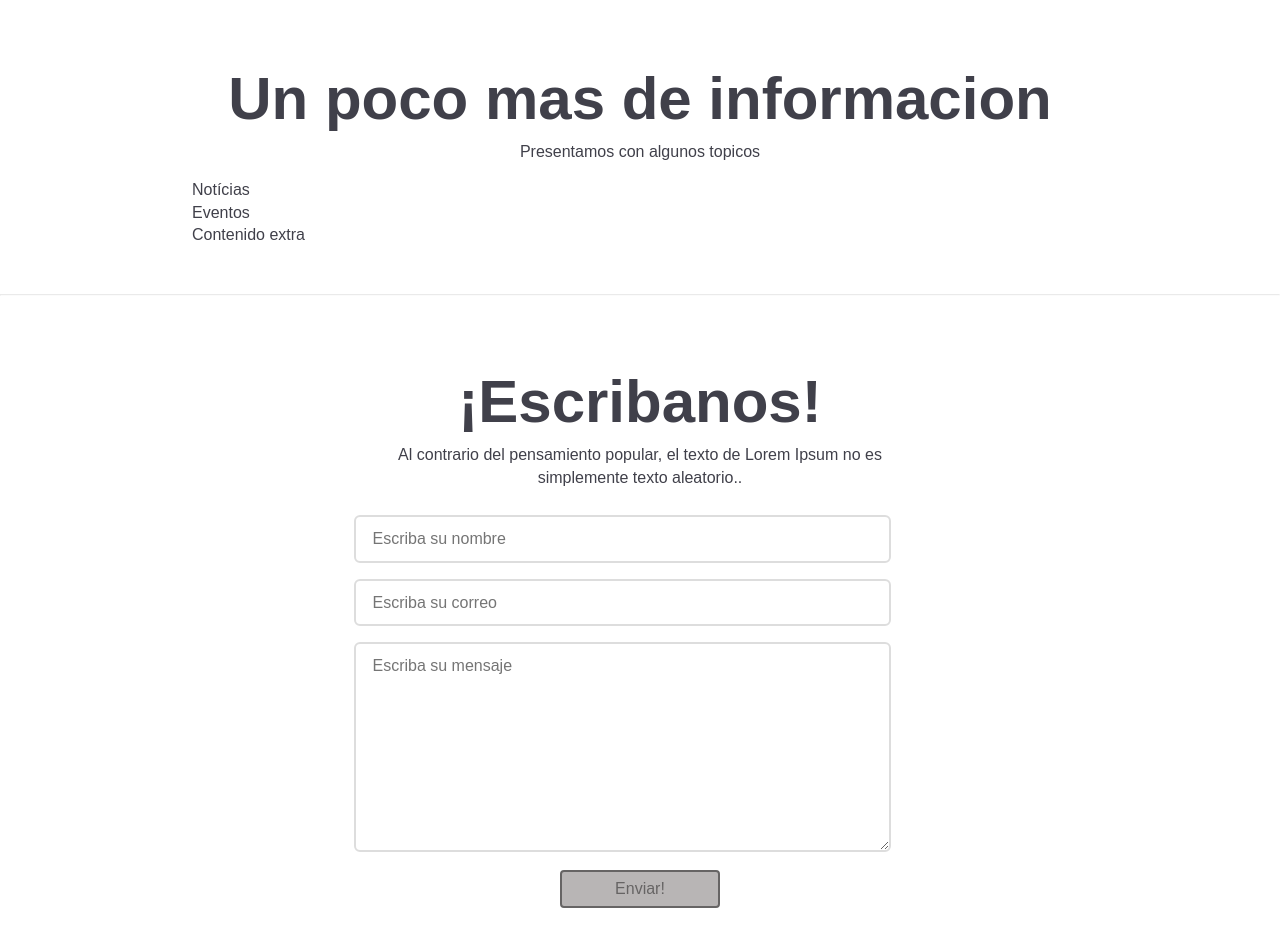
Repository: robsonmarkes/accesibilidad
Page: index.html
These files come from the project's save history. The page is drawn as it stood at one moment and after the next save; the edit follows.
The browser window is 1280 px wide. The pictures show the part of the page from y = 2033 to 2985 px (the page is 3076 px tall before and 3303 px after).
A picture or video elsewhere on the page could not be fetched, so the positions and the page height are approximate.

Above is the page before, as saved 2022-10-13 10:49:26.

After the next save:
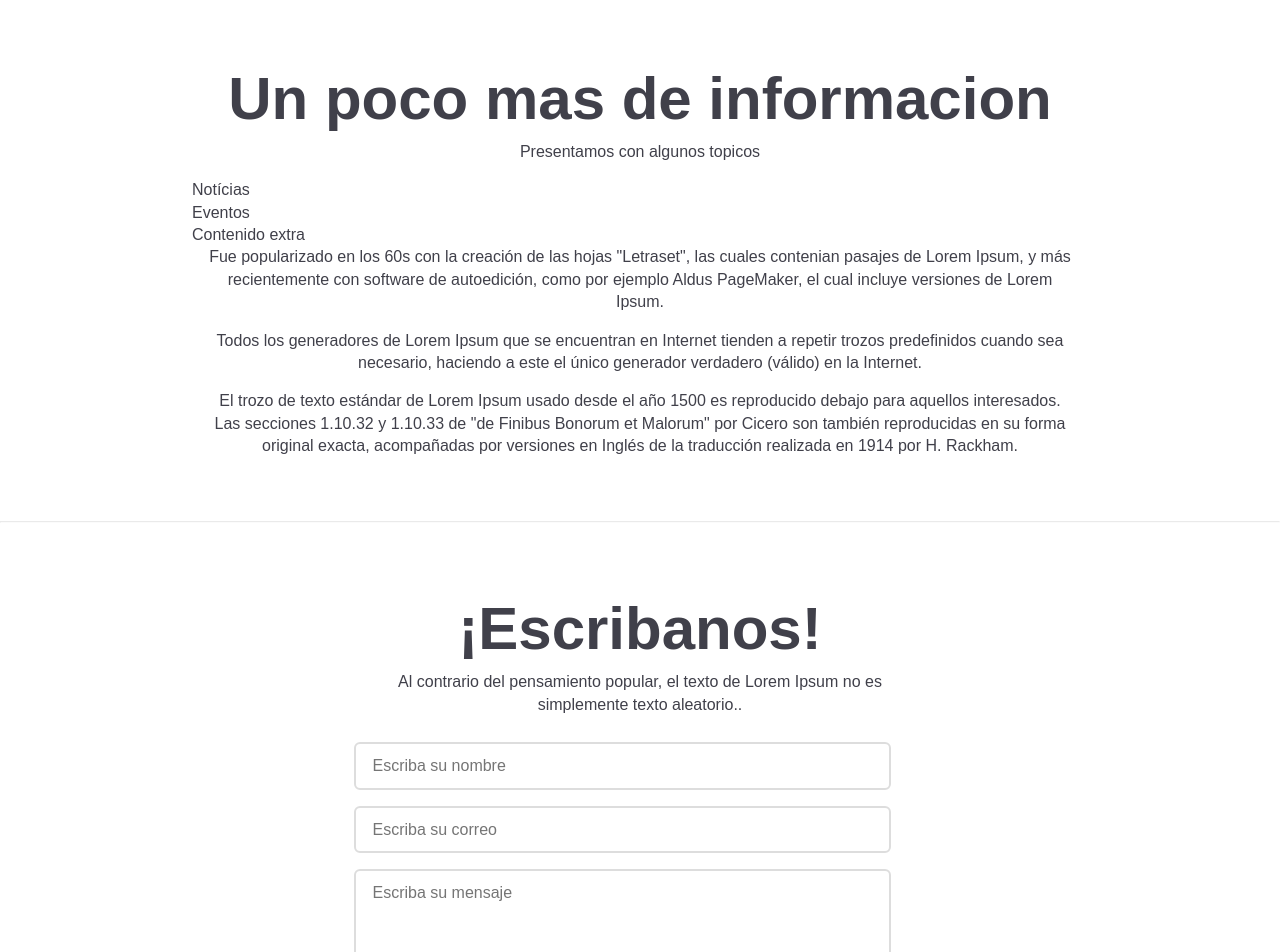
Saved 85 s later.
--- a/index.html
+++ b/index.html
@@ -99,9 +99,21 @@
                             </ul>
                         </div>
                         <div class="tab-content">
-                            <div id="notices"></div>
-                            <div id="events"></div>
-                            <div id="extra-content"></div>
+                            <div id="notices">
+                                <p>
+                                    Fue popularizado en los 60s con la creación de las hojas "Letraset", las cuales contenian pasajes de Lorem Ipsum, y más recientemente con software de autoedición, como por ejemplo Aldus PageMaker, el cual incluye versiones de Lorem Ipsum.
+                                </p>
+                            </div>
+                            <div id="events">
+                                <p>
+                                    Todos los generadores de Lorem Ipsum que se encuentran en Internet tienden a repetir trozos predefinidos cuando sea necesario, haciendo a este el único generador verdadero (válido) en la Internet.
+                                </p>
+                            </div>
+                            <div id="extra-content">
+                                <p>
+                                    El trozo de texto estándar de Lorem Ipsum usado desde el año 1500 es reproducido debajo para aquellos interesados. Las secciones 1.10.32 y 1.10.33 de "de Finibus Bonorum et Malorum" por Cicero son también reproducidas en su forma original exacta, acompañadas por versiones en Inglés de la traducción realizada en 1914 por H. Rackham.
+                                </p>
+                            </div>
                         </div>
                     </div>
                 </div>
